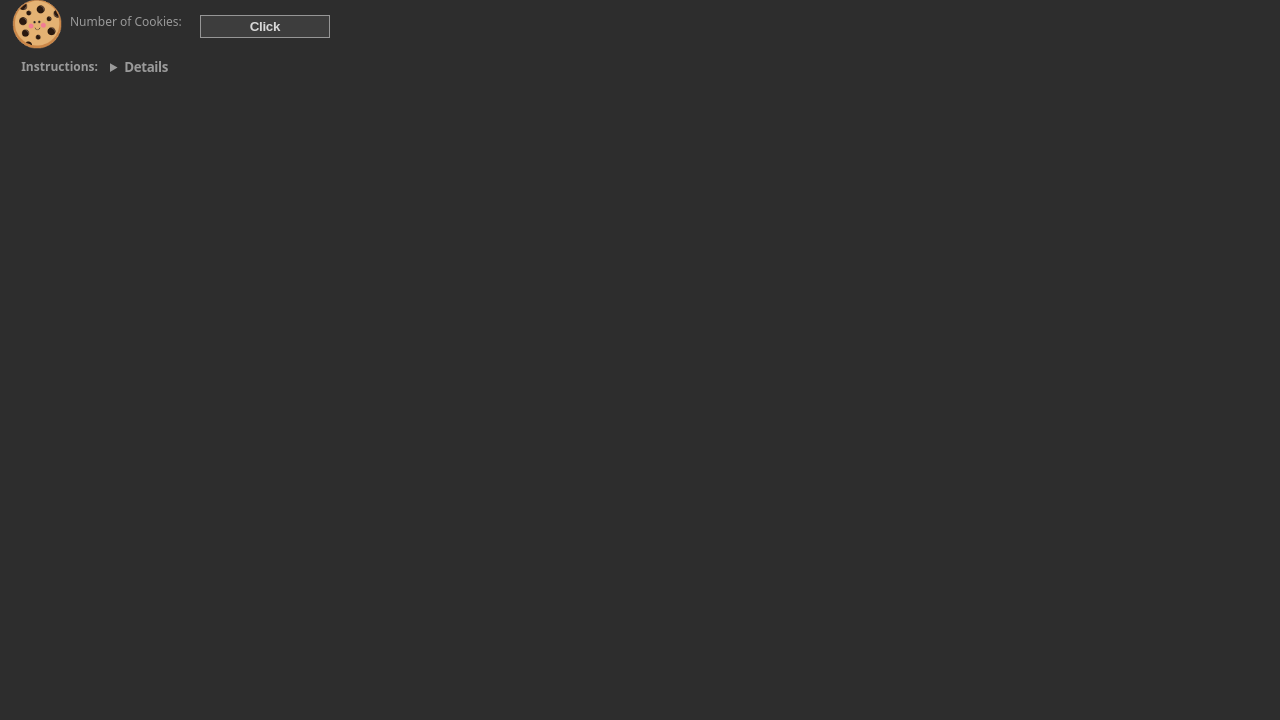
Repository: f00d4tehg0dz/elgato-streamdeck-cookie-clicker
Page: com.f00d4tehg0dz.cookieclicker.sdPlugin/cookieclicker.html
These files come from the project's save history. The page is drawn as it stood at one moment and after the next save; the edit follows.
The browser window is 1280 px wide. The pictures show the whole page.

Above is the page before, as saved 2022-01-28 11:59:27.

### com.f00d4tehg0dz.cookieclicker.sdPlugin/cookieclicker.html
<!DOCTYPE html>
<html>

<head>
    <meta charset="utf-8"/>
    <title>com.f00d4tehg0dz.cookieclicker</title>
    <link rel="stylesheet" href="css/sdpi.css">
    <script src="js/jquery-3.3.1.js"></script>
    <script src="js/common.js"></script>

</head>

<body>
<div class="sdpi-wrapper">
    <div class="sdpi-item">
        <div id="cookieTitle"></div>
        <div id="cookie" onclick="cookieClick()">
            <img src="icon-animate.gif" width="50px"/>
        </div>
        <br>
        <p>Number of Cookies:</p>
        <div id="cookieNumbers"></div>
        <button class="sdpi-item-value" id="updateButton">Click</button>
    </div>
    <div class="sdpi-item">
        <div class="sdpi-item-label">Instructions</div>
        <details class="sdpi-item-value">
            <p>Click the cookie to make more cookies<br>
            Cookie Title upgrades as you reach cookie clicker milestones <br></p>
            <p>You can learn more about this plugin by visiting its Github
                page by <a
                        href="#"
                        onclick="openGithub()">clicking here.</a>
        </details>
    </div>
</div>

<script>
    let uuid = "",
        actionName = "";

    if ($SD) {
        $SD.on('connected', function (jsonObj) {
            uuid = jsonObj['uuid'];
            if (jsonObj.hasOwnProperty('actionInfo')) {
                actionName = jsonObj.actionInfo.action;
            }
            let settings = $SD.actionInfo.payload.settings;
        });
    }

    $(document).ready(function () {

        $("#updateButton").click(function () {
            // Sending the saved settings to the plugin from property inspector.

            if ($SD && $SD.connection) {
                let payload = {};
                payload.updateClick = updateClick;

                $SD.api.sendToPlugin(uuid, actionName, payload);
            }
        });
        function openGithub() {
            $SD.api.openUrl($SD.actionInfo.context, "https://github.com/f00d4tehg0dz/Doge-Coin-Plugin-for-Eglato-Streamdeck")
    }
    });

</script>

</body>

</html>

### com.f00d4tehg0dz.cookieclicker.sdPlugin/css/styles.css
body {
  padding-top: 30px;
  font-family: Arial;
  background-color: turquoise;
  width: 500px;
  margin: auto;
  text-align: center;
}

p {
  font-size: 20px;
  color: white;
  display: block;
  margin: 5px;
}

#cookieNumbers {
  margin: auto;
  text-align:center;
  padding-top: 20px;
  margin-bottom: 20px;
  font-size: 30px;
  border:5px solid;
  border-radius:10px;
  background-color:white;
  width:200px;
  height:60px;
}

#cookieTitle {
  margin: auto;
  text-align:center;
  padding-top: 20px;
  margin-bottom: 20px;
  font-size: 30px;
  border:5px solid;
  border-radius:10px;
  background-color:lightpink;
  width:300px;
  height:50px;
}

Loaded but not shown: com.f00d4tehg0dz.cookieclicker.sdPlugin/js/jquery-3.3.1.js (library); com.f00d4tehg0dz.cookieclicker.sdPlugin/js/common.js (1200 lines, source omitted); com.f00d4tehg0dz.cookieclicker.sdPlugin/css/sdpi.css (1482 lines, source omitted)

After the next save:
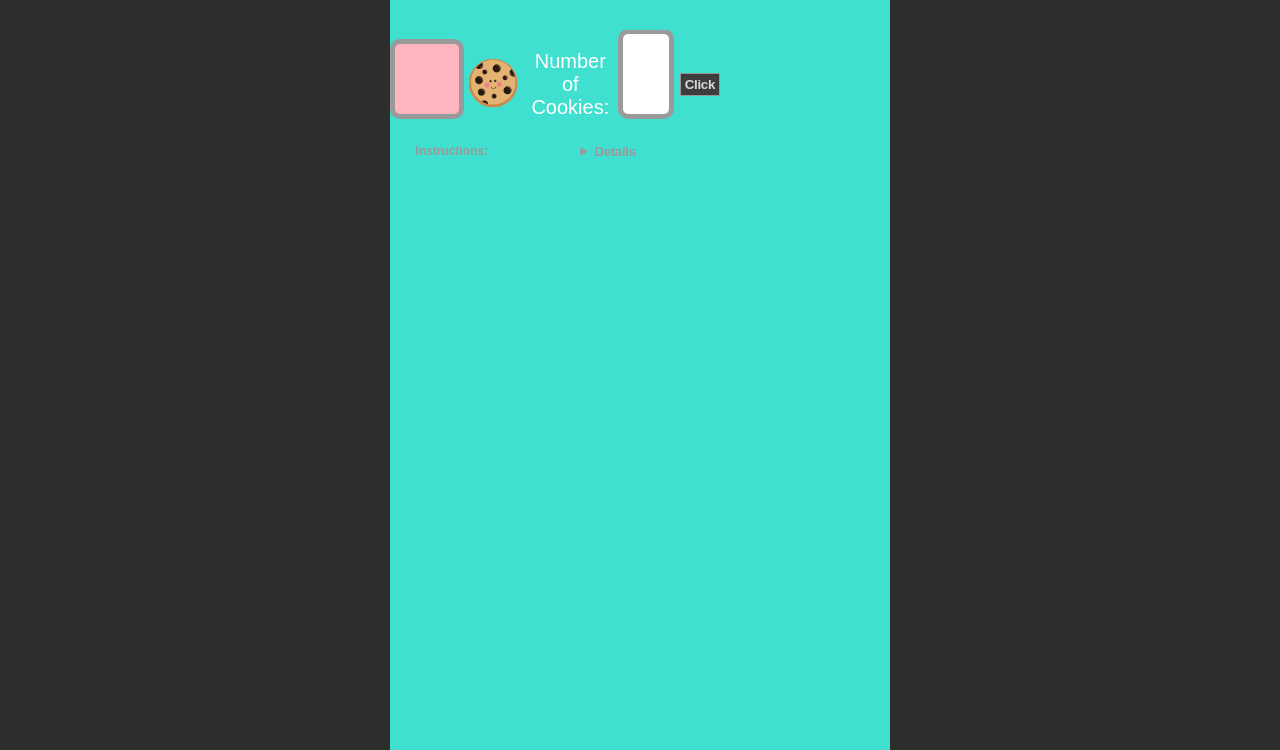
Saved 9 s later.
--- a/com.f00d4tehg0dz.cookieclicker.sdPlugin/cookieclicker.html
+++ b/com.f00d4tehg0dz.cookieclicker.sdPlugin/cookieclicker.html
@@ -5,6 +5,7 @@
     <meta charset="utf-8"/>
     <title>com.f00d4tehg0dz.cookieclicker</title>
     <link rel="stylesheet" href="css/sdpi.css">
+    <link rel="stylesheet" href="css/styles.css">
     <script src="js/jquery-3.3.1.js"></script>
     <script src="js/common.js"></script>
 
